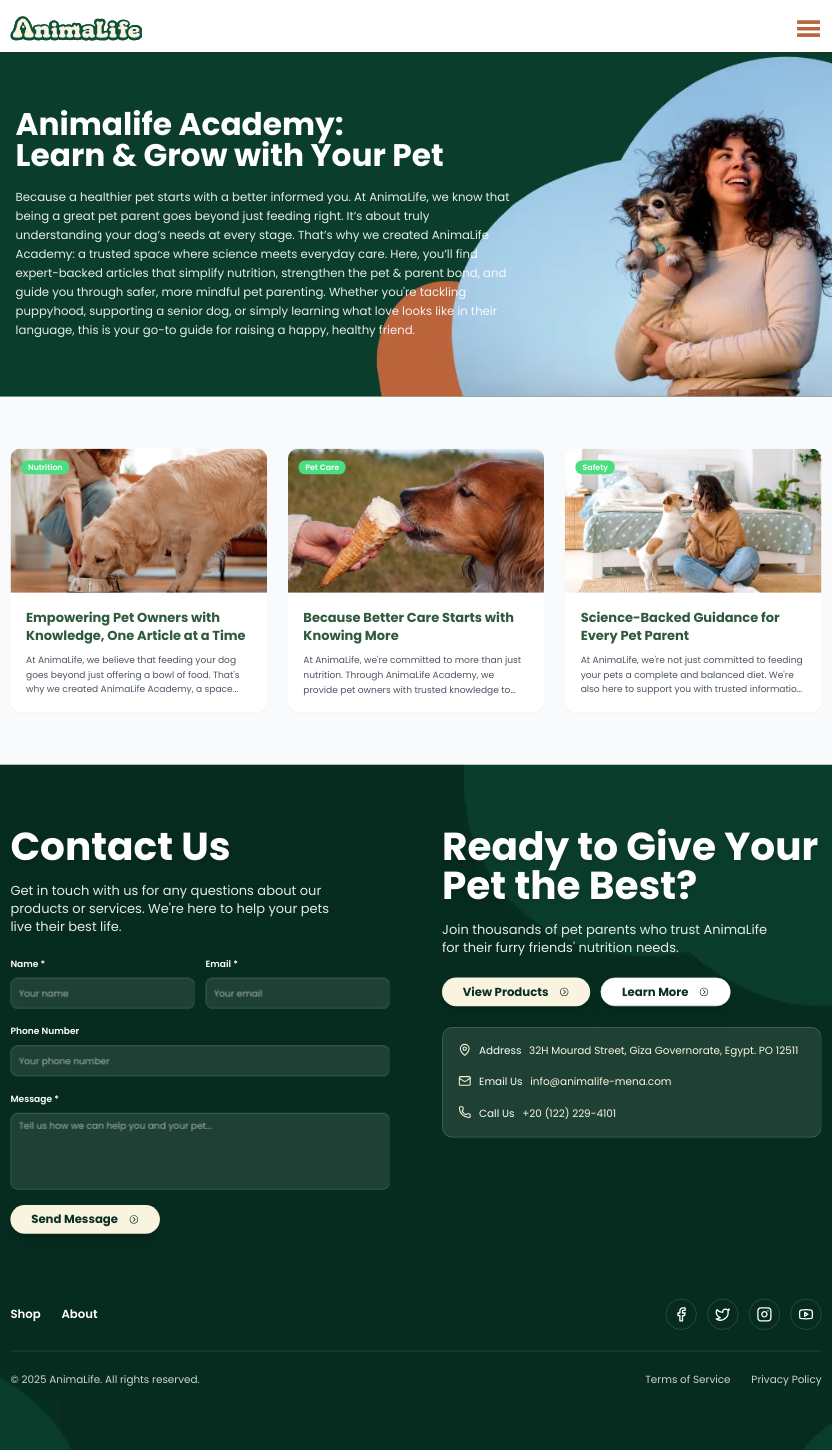
Repository: the-jupiteragency/animalife
Page: /academy
The author's editor kept a copy of each file at every save. The page is drawn from the files as they stood at one save, then again after the next save.
The browser window is 1280 px wide. The pictures show the whole page, at 65% of full size.
The project was rebuilt for these pictures with package versions that can differ from the ones it lists, and the page was loaded fresh each time. The framework's server and built-in components were replaced by stand-ins that run in the browser. Also part of the build but not shown: next.config.mjs.

Above is the page before, as saved 2025-08-05 09:36:24.

### app/layout.tsx
import type { Metadata, Viewport } from "next";
import "./globals.css";
import { Header } from "@/components/header";
import { Footer } from "@/components/footer";
import Script from "next/script";

export const metadata: Metadata = {
  metadataBase: new URL('https://animalife.vercel.app'),
  title: {
    default: "AnimaLife | Science-Driven Pet Nutrition & Wellness",
    template: "%s | AnimaLife"
  },
  description:
    "AnimaLife offers science-driven, complete, and balanced nutrition for pets. Discover products tailored to your pet's unique needs, expert advice, and a passionate community of animal lovers.",
  keywords: [
    "AnimaLife",
    "pet nutrition",
    "dog food",
    "cat food",
    "science-based pet care",
    "pet wellness",
    "healthy pets",
    "animal health",
    "pet products",
    "pet academy",
    "pet community",
    "premium pet food",
    "natural pet nutrition",
    "pet health supplements"
  ],
  authors: [{ name: "AnimaLife Team", url: "https://animalife.vercel.app" }],
  creator: "AnimaLife",
  publisher: "AnimaLife",
  formatDetection: {
    email: false,
    address: false,
    telephone: false,
  },
  category: 'Pet Care',
  classification: 'Pet Nutrition and Wellness',
  openGraph: {
    title: "AnimaLife | Science-Driven Pet Nutrition & Wellness",
    description:
      "AnimaLife offers science-driven, complete, and balanced nutrition for pets. Discover products tailored to your pet's unique needs, expert advice, and a passionate community of animal lovers.",
    url: "https://animalife.vercel.app",
    siteName: "AnimaLife",
    images: [
      {
        url: "/hero1.webp",
        width: 1200,
        height: 630,
        alt: "AnimaLife - Science-Driven Pet Nutrition",
      },
    ],
    locale: "en_US",
    type: "website",
  },
  twitter: {
    card: 'summary_large_image',
    title: 'AnimaLife | Science-Driven Pet Nutrition & Wellness',
    description: 'AnimaLife offers science-driven, complete, and balanced nutrition for pets. Discover products tailored to your pet\'s unique needs.',
    images: ['/hero1.webp'],
    creator: '@animalife',
    site: '@animalife'
  },
  robots: {
    index: true,
    follow: true,
    googleBot: {
      index: true,
      follow: true,
      'max-video-preview': -1,
      'max-image-preview': 'large',
      'max-snippet': -1,
    },
  },
  icons: {
    icon: [
      { url: '/favicon.ico' },
      { url: '/favicon.png', type: 'image/png' },
    ],
    shortcut: '/favicon.ico',
    apple: [
      { url: '/apple-touch-icon.png' },
      { url: '/apple-touch-icon-72x72.png', sizes: '72x72', type: 'image/png' },
      { url: '/apple-touch-icon-114x114.png', sizes: '114x114', type: 'image/png' },
    ],
  },
  manifest: '/site.webmanifest',
  alternates: {
    canonical: 'https://animalife.vercel.app',
  },
  verification: {
    google: 'your-google-verification-code',
    yandex: 'your-yandex-verification-code',
    yahoo: 'your-yahoo-verification-code',
  },
};

export const viewport: Viewport = {
  themeColor: "#1B4838",
};

const jsonLd = {
  '@context': 'https://schema.org',
  '@type': 'Organization',
  name: 'AnimaLife',
  url: 'https://animalife.vercel.app',
  logo: 'https://animalife.vercel.app/logo.svg',
  description: 'AnimaLife offers science-driven, complete, and balanced nutrition for pets.',
  contactPoint: {
    '@type': 'ContactPoint',
    contactType: 'Customer Service',
    availableLanguage: 'English'
  },
  sameAs: [
    'https://facebook.com/animalife',
    'https://twitter.com/animalife',
    'https://instagram.com/animalife'
  ],
  address: {
    '@type': 'PostalAddress',
    addressCountry: 'EG'
  }
};

export default function RootLayout({
  children,
}: Readonly<{
  children: React.ReactNode;
}>) {
  return (
    <html lang="en">
      <head>
        <link rel="preconnect" href="https://fonts.googleapis.com" />
        <link rel="preconnect" href="https://fonts.gstatic.com" crossOrigin="anonymous" />
        <link rel="dns-prefetch" href="https://fonts.googleapis.com" />
        <meta name="theme-color" content="#1B4838" />
        <meta name="msapplication-TileColor" content="#1B4838" />
        <meta name="apple-mobile-web-app-capable" content="yes" />
        <meta name="apple-mobile-web-app-status-bar-style" content="default" />
        <meta name="format-detection" content="telephone=no" />
        <Script
          id="json-ld"
          type="application/ld+json"
          dangerouslySetInnerHTML={{ __html: JSON.stringify(jsonLd) }}
        />
      </head>
      <body>
        <Header />
        {children}
        <Footer />
      </body>
    </html>
  );
}

### app/academy/page.tsx
"use client";

import { Card, CardContent } from "@/components/ui/card";
import { Badge } from "@/components/ui/badge";
import Image from "next/image";
import Link from "next/link";
import { Header } from "@/components/header";
import { AcademyPosts } from "@/app/data/academy-posts";

// Remove the hardcoded blogPosts array and use:
const blogPosts = AcademyPosts;

export default function AcademyPage() {
  return (
    <div className="min-h-screen bg-white">
      {/* Header */}
      <Header />
      {/* Add top padding to account for fixed header */}
      <div className="pt-20">
        {/* Hero Banner Section */}
        <section className="relative h-[530px] bg-[#2d5a3d] overflow-hidden">
          <div className="absolute inset-0">
            <Image
              src="/academy-banner.webp"
              alt="Academy Banner"
              fill
              className="object-cover w-full h-full"
              priority
            />
          </div>
          <div className="relative z-10 px-6 mx-auto  h-full flex items-center">
            <div className="max-w-3xl">
              <h1 className="text-4xl md:text-5xl font-bold text-white mb-6">
                Animalife Academy:
                <br />
                Learn & Grow with Your Pet
              </h1>
              <p className="text-lg text-white/90 leading-relaxed">
                Because a healthier pet starts with a better informed you. At
                AnimaLife, we know that being a great pet parent goes beyond
                just feeding right. It’s about truly understanding your dog’s
                needs at every stage. That’s why we created AnimaLife Academy: a
                trusted space where science meets everyday care. Here, you’ll
                find expert-backed articles that simplify nutrition, strengthen
                the pet & parent bond, and guide you through safer, more mindful
                pet parenting. Whether you're tackling puppyhood, supporting a
                senior dog, or simply learning what love looks like in their
                language, this is your go-to guide for raising a happy, healthy
                friend.
              </p>
            </div>
          </div>
        </section>

        {/* Blog Posts Grid */}
        <section className="py-12 md:py-20 bg-gray-50">
          <div className="container mx-auto px-4">
            <div className="grid grid-cols-1 md:grid-cols-2 lg:grid-cols-3 gap-6 md:gap-8">
              {blogPosts.map((post) => (
                <Link key={post.id} href={`/academy/${post.id}`}>
                  <Card className="cursor-pointer transform transition-all duration-300 hover:scale-105 hover:shadow-xl bg-white border-0 rounded-2xl overflow-hidden group">
                    <CardContent className="p-0">
                      <div className="aspect-video relative overflow-hidden">
                        <Image
                          src={post.image || "/placeholder.svg"}
                          alt={post.title}
                          fill
                          className="object-cover w-full h-full group-hover:scale-105 transition-all duration-500"
                          sizes="(max-width: 768px) 100vw, (max-width: 1200px) 50vw, 33vw"
                        />
                        <div className="absolute top-4 left-4">
                          <Badge className="bg-[#4ade80] text-white hover:bg-[#22c55e] group-hover:scale-110 transition-transform duration-300">
                            {post.category}
                          </Badge>
                        </div>
                      </div>

                      <div className="p-4 md:p-6">
                        <h3 className="text-lg md:text-xl font-bold text-[#2d5a3d] mb-3 line-clamp-2 group-hover:text-[#1e3a2a] transition-colors duration-300">
                          {post.title}
                        </h3>
                        <p className="text-gray-600 text-sm leading-relaxed line-clamp-3 group-hover:text-gray-700 transition-colors duration-300">
                          {post.excerpt}
                        </p>
                      </div>
                    </CardContent>
                  </Card>
                </Link>
              ))}
            </div>
          </div>
        </section>
      </div>{" "}
      {/* Close pt-20 div */}
    </div>
  );
}

### components/header.tsx
"use client";

import { useState, useEffect } from "react";
import { Menu, X } from "lucide-react";
import { GiHamburgerMenu } from "react-icons/gi";
import { IoMdCloseCircle } from "react-icons/io";
import { Button } from "@/components/ui/button";
import Link from "next/link";
import Image from "next/image";

export function Header() {
  const [isMenuOpen, setIsMenuOpen] = useState(false);
  const [scrolled, setScrolled] = useState(false);

  useEffect(() => {
    const handleScroll = () => {
      setScrolled(window.scrollY > 10);
    };
    window.addEventListener("scroll", handleScroll);
    return () => window.removeEventListener("scroll", handleScroll);
  }, []);

  return (
    <header
      className={`fixed top-0 left-0 right-0 z-50 transition-colors duration-300 ${
        scrolled ? "bg-[#0A3D2C]" : "bg-transparent"
      }`}
    >
      <div className="container mx-auto px-4 py-4 md:py-6 flex items-center justify-between font-mono font-normal text-base bg-transparent text-[rgba(249,244,223,1)] flex-row">
        <Link
          href="/"
          className="text-white text-xl md:text-2xl font-bold hover:text-green-200 transition-colors"
        >
          <Image
            src="/logo.svg"
            alt="AnimaLife"
            width={120}
            height={120}
            priority
            style={{ width: "auto", height: "auto" }}
          />
        </Link>

        <div
          className="transition-all duration-300 hover:scale-110"
          onClick={() => setIsMenuOpen(!isMenuOpen)}
        >
          {isMenuOpen ? (
            <IoMdCloseCircle
              className={`h-10 w-10 ${scrolled ? "text-white" : "text-[#1B4838]"}`}
            />
          ) : (
            <GiHamburgerMenu
              className={`h-10 w-10 ${scrolled ? "text-white" : "md:text-[#BA643B]"}`}
            />
          )}
        </div>
      </div>

      {/* Menu Overlay */}
      {isMenuOpen && (
        <div className="fixed inset-0 z-50 bg-[#2d5a3d]">
          <div className="absolute top-4 right-4">
            <div
              className="text-white transition-all duration-300 hover:scale-110"
              onClick={() => setIsMenuOpen(false)}
            >
              <IoMdCloseCircle className="h-12 w-12" />
            </div>
          </div>

          <div className="flex items-center justify-center min-h-screen">
            <nav className="text-center space-y-8 md:space-y-12">
              <Link
                href="/"
                className="block text-white text-xl md:text-2xl font-medium hover:text-green-200 transition-colors"
                onClick={() => setIsMenuOpen(false)}
              >
                Home
              </Link>
              <Link
                href="/products"
                className="block text-white text-xl md:text-2xl font-medium hover:text-green-200 transition-colors"
                onClick={() => setIsMenuOpen(false)}
              >
                Our Products
              </Link>
              <Link
                href="/about"
                className="block text-white text-xl md:text-2xl font-medium hover:text-green-200 transition-colors"
                onClick={() => setIsMenuOpen(false)}
              >
                Discover AnimaLife
              </Link>
              <Link
                href="/academy"
                className="block text-white text-xl md:text-2xl font-medium hover:text-green-200 transition-colors"
                onClick={() => setIsMenuOpen(false)}
              >
                AnimaLife Academy
              </Link>
            </nav>
          </div>
        </div>
      )}
    </header>
  );
}

### components/ui/card.tsx
import * as React from "react"

import { cn } from "@/lib/utils"

const Card = React.forwardRef<
  HTMLDivElement,
  React.HTMLAttributes<HTMLDivElement>
>(({ className, ...props }, ref) => (
  <div
    ref={ref}
    className={cn(
      "rounded-lg border bg-card text-card-foreground shadow-sm",
      className
    )}
    {...props}
  />
))
Card.displayName = "Card"

const CardHeader = React.forwardRef<
  HTMLDivElement,
  React.HTMLAttributes<HTMLDivElement>
>(({ className, ...props }, ref) => (
  <div
    ref={ref}
    className={cn("flex flex-col space-y-1.5 p-6", className)}
    {...props}
  />
))
CardHeader.displayName = "CardHeader"

const CardTitle = React.forwardRef<
  HTMLDivElement,
  React.HTMLAttributes<HTMLDivElement>
>(({ className, ...props }, ref) => (
  <div
    ref={ref}
    className={cn(
      "text-2xl font-semibold leading-none tracking-tight",
      className
    )}
    {...props}
  />
))
CardTitle.displayName = "CardTitle"

const CardDescription = React.forwardRef<
  HTMLDivElement,
  React.HTMLAttributes<HTMLDivElement>
>(({ className, ...props }, ref) => (
  <div
    ref={ref}
    className={cn("text-sm text-muted-foreground", className)}
    {...props}
  />
))
CardDescription.displayName = "CardDescription"

const CardContent = React.forwardRef<
  HTMLDivElement,
  React.HTMLAttributes<HTMLDivElement>
>(({ className, ...props }, ref) => (
  <div ref={ref} className={cn("p-6 pt-0", className)} {...props} />
))
CardContent.displayName = "CardContent"

const CardFooter = React.forwardRef<
  HTMLDivElement,
  React.HTMLAttributes<HTMLDivElement>
>(({ className, ...props }, ref) => (
  <div
    ref={ref}
    className={cn("flex items-center p-6 pt-0", className)}
    {...props}
  />
))
CardFooter.displayName = "CardFooter"

export { Card, CardHeader, CardFooter, CardTitle, CardDescription, CardContent }

### components/ui/badge.tsx
import * as React from "react"
import { cva, type VariantProps } from "class-variance-authority"

import { cn } from "@/lib/utils"

const badgeVariants = cva(
  "inline-flex items-center rounded-full border px-2.5 py-0.5 text-xs font-semibold transition-colors focus:outline-none focus:ring-2 focus:ring-ring focus:ring-offset-2",
  {
    variants: {
      variant: {
        default:
          "border-transparent bg-primary text-primary-foreground hover:bg-primary/80",
        secondary:
          "border-transparent bg-secondary text-secondary-foreground hover:bg-secondary/80",
        destructive:
          "border-transparent bg-destructive text-destructive-foreground hover:bg-destructive/80",
        outline: "text-foreground",
      },
    },
    defaultVariants: {
      variant: "default",
    },
  }
)

export interface BadgeProps
  extends React.HTMLAttributes<HTMLDivElement>,
    VariantProps<typeof badgeVariants> {}

function Badge({ className, variant, ...props }: BadgeProps) {
  return (
    <div className={cn(badgeVariants({ variant }), className)} {...props} />
  )
}

export { Badge, badgeVariants }

### components/ui/button.tsx
import * as React from "react";
import { Slot } from "@radix-ui/react-slot";
import { cva, type VariantProps } from "class-variance-authority";

import { cn } from "@/lib/utils";

const buttonVariants = cva(
  "inline-flex items-center justify-center gap-2 whitespace-nowrap rounded-md text-sm font-medium ring-offset-background transition-colors focus-visible:outline-none focus-visible:ring-2 focus-visible:ring-ring focus-visible:ring-offset-2 disabled:pointer-events-none disabled:opacity-50 [&_svg]:pointer-events-none [&_svg]:size-4 [&_svg]:shrink-0",
  {
    variants: {
      variant: {
        default: "bg-primary text-primary-foreground hover:bg-primary/90",
        destructive:
          "bg-destructive text-destructive-foreground hover:bg-destructive/90",
        outline:
          "border border-input bg-background hover:bg-accent hover:text-accent-foreground",
        secondary:
          "bg-secondary text-secondary-foreground hover:bg-secondary/80",
        ghost: "hover:bg-accent hover:text-accent-foreground",
        link: "text-primary underline-offset-4 hover:underline",
        icon: "bg-transparent",
        hover:
          "bg-[#F9F4DF] text-[#0A3024] hover:bg-[#A7552E] hover:text-white",
      },
      size: {
        default: "h-10 px-4 py-2",
        sm: "h-9 rounded-md px-3",
        lg: "h-11 rounded-md px-8",
        icon: "h-10 w-10",
      },
    },
    defaultVariants: {
      variant: "default",
      size: "default",
    },
  }
);

export interface ButtonProps
  extends React.ButtonHTMLAttributes<HTMLButtonElement>,
    VariantProps<typeof buttonVariants> {
  asChild?: boolean;
}

const Button = React.forwardRef<HTMLButtonElement, ButtonProps>(
  ({ className, variant, size, asChild = false, ...props }, ref) => {
    const Comp = asChild ? Slot : "button";
    return (
      <Comp
        className={cn(buttonVariants({ variant, size, className }))}
        ref={ref}
        {...props}
      />
    );
  }
);
Button.displayName = "Button";

export { Button, buttonVariants };

### components/ui/input.tsx
import * as React from "react"

import { cn } from "@/lib/utils"

const Input = React.forwardRef<HTMLInputElement, React.ComponentProps<"input">>(
  ({ className, type, ...props }, ref) => {
    return (
      <input
        type={type}
        className={cn(
          "flex h-10 w-full rounded-md border border-input bg-background px-3 py-2 text-base ring-offset-background file:border-0 file:bg-transparent file:text-sm file:font-medium file:text-foreground placeholder:text-muted-foreground focus-visible:outline-none focus-visible:ring-2 focus-visible:ring-ring focus-visible:ring-offset-2 disabled:cursor-not-allowed disabled:opacity-50 md:text-sm",
          className
        )}
        ref={ref}
        {...props}
      />
    )
  }
)
Input.displayName = "Input"

export { Input }

### tailwind.config.ts
import type { Config } from "tailwindcss";

const config: Config = {
  darkMode: ["class"],
  content: [
    "./pages/**/*.{js,ts,jsx,tsx,mdx}",
    "./components/**/*.{js,ts,jsx,tsx,mdx}",
    "./app/**/*.{js,ts,jsx,tsx,mdx}",
    "*.{js,ts,jsx,tsx,mdx}",
  ],
  theme: {
    extend: {
      colors: {
        background: "hsl(var(--background))",
        foreground: "hsl(var(--foreground))",
        card: {
          DEFAULT: "hsl(var(--card))",
          foreground: "hsl(var(--card-foreground))",
        },
        popover: {
          DEFAULT: "hsl(var(--popover))",
          foreground: "hsl(var(--popover-foreground))",
        },
        primary: {
          DEFAULT: "hsl(var(--primary))",
          foreground: "hsl(var(--primary-foreground))",
        },
        secondary: {
          DEFAULT: "hsl(var(--secondary))",
          foreground: "hsl(var(--secondary-foreground))",
        },
        muted: {
          DEFAULT: "hsl(var(--muted))",
          foreground: "hsl(var(--muted-foreground))",
        },
        accent: {
          DEFAULT: "hsl(var(--accent))",
          foreground: "hsl(var(--accent-foreground))",
        },
        destructive: {
          DEFAULT: "hsl(var(--destructive))",
          foreground: "hsl(var(--destructive-foreground))",
        },
        border: "hsl(var(--border))",
        input: "hsl(var(--input))",
        ring: "hsl(var(--ring))",
        chart: {
          "1": "hsl(var(--chart-1))",
          "2": "hsl(var(--chart-2))",
          "3": "hsl(var(--chart-3))",
          "4": "hsl(var(--chart-4))",
          "5": "hsl(var(--chart-5))",
        },
        sidebar: {
          DEFAULT: "hsl(var(--sidebar-background))",
          foreground: "hsl(var(--sidebar-foreground))",
          primary: "hsl(var(--sidebar-primary))",
          "primary-foreground": "hsl(var(--sidebar-primary-foreground))",
          accent: "hsl(var(--sidebar-accent))",
          "accent-foreground": "hsl(var(--sidebar-accent-foreground))",
          border: "hsl(var(--sidebar-border))",
          ring: "hsl(var(--sidebar-ring))",
        },
      },
      borderRadius: {
        lg: "var(--radius)",
        md: "calc(var(--radius) - 2px)",
        sm: "calc(var(--radius) - 4px)",
      },
      fontFamily: {
        sans: [
          'Poppins',
          '-apple-system',
          'BlinkMacSystemFont',
          'Segoe UI',
          'Roboto',
          'Oxygen',
          'Ubuntu',
          'Cantarell',
          'Fira Sans',
          'Droid Sans',
          'Helvetica Neue',
          'sans-serif'
        ],
        headline: [
          'Co Headline',
          'Poppins',
          '-apple-system',
          'BlinkMacSystemFont',
          'Segoe UI',
          'sans-serif'
        ],
      },
      keyframes: {
        "accordion-down": {
          from: {
            height: "0",
          },
          to: {
            height: "var(--radix-accordion-content-height)",
          },
        },
        "accordion-up": {
          from: {
            height: "var(--radix-accordion-content-height)",
          },
          to: {
            height: "0",
          },
        },
      },
      animation: {
        "accordion-down": "accordion-down 0.2s ease-out",
        "accordion-up": "accordion-up 0.2s ease-out",
      },
    },
  },
  plugins: [require("tailwindcss-animate")],
};
export default config;

Loaded but not shown: components/ui/textarea.tsx (common file); lib/utils.ts (common file); components/footer.tsx (439 lines, source omitted); app/data/academy-posts.ts (242 lines, source omitted); app/globals.css (185 lines, source omitted)

After the next save:
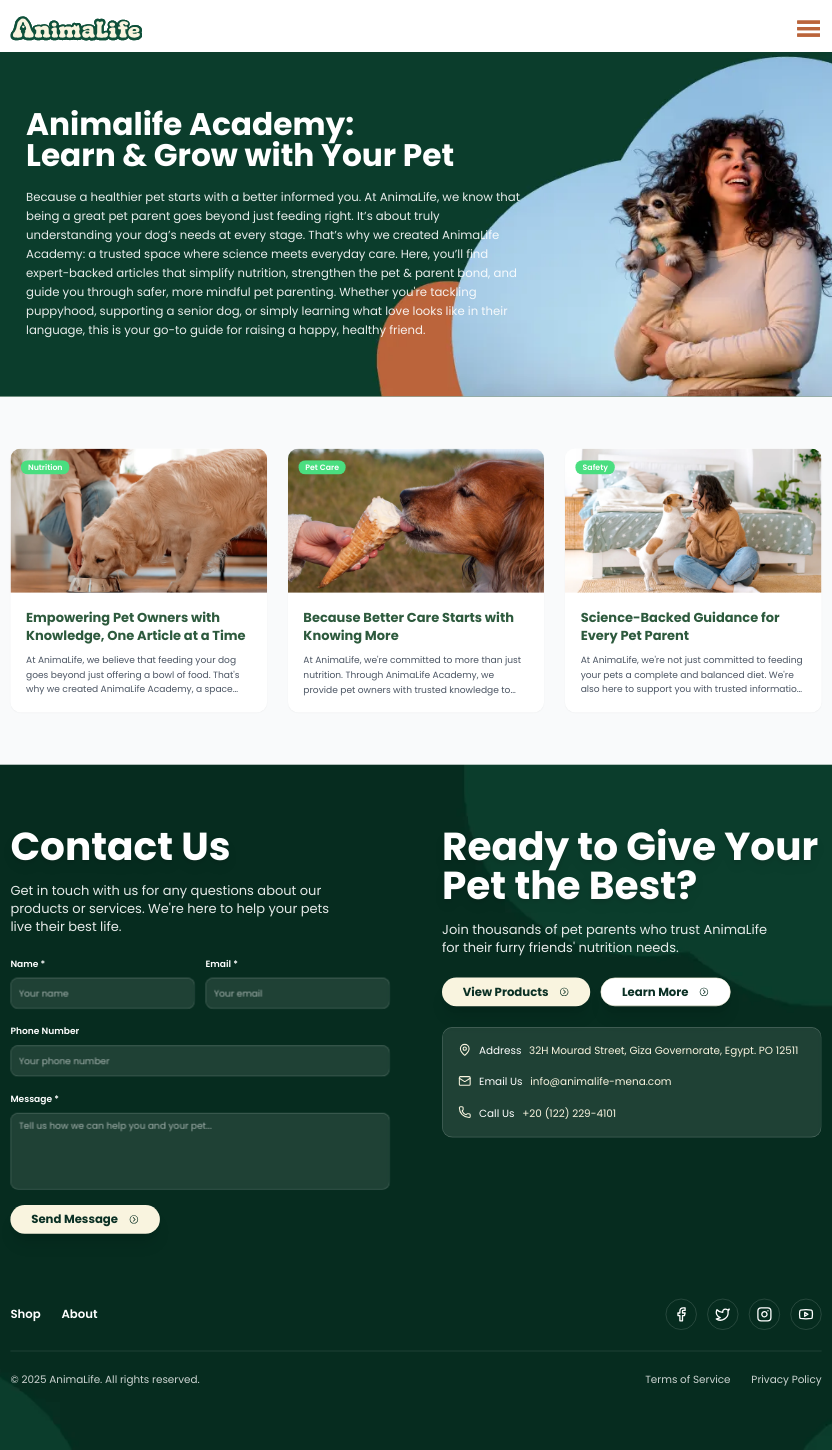
Saved 5 s later.
--- a/app/academy/page.tsx
+++ b/app/academy/page.tsx
@@ -28,7 +28,7 @@
               priority
             />
           </div>
-          <div className="relative z-10 px-6 mx-auto  h-full flex items-center">
+          <div className="relative z-10 px-10 mx-auto  h-full flex items-center">
             <div className="max-w-3xl">
               <h1 className="text-4xl md:text-5xl font-bold text-white mb-6">
                 Animalife Academy:
